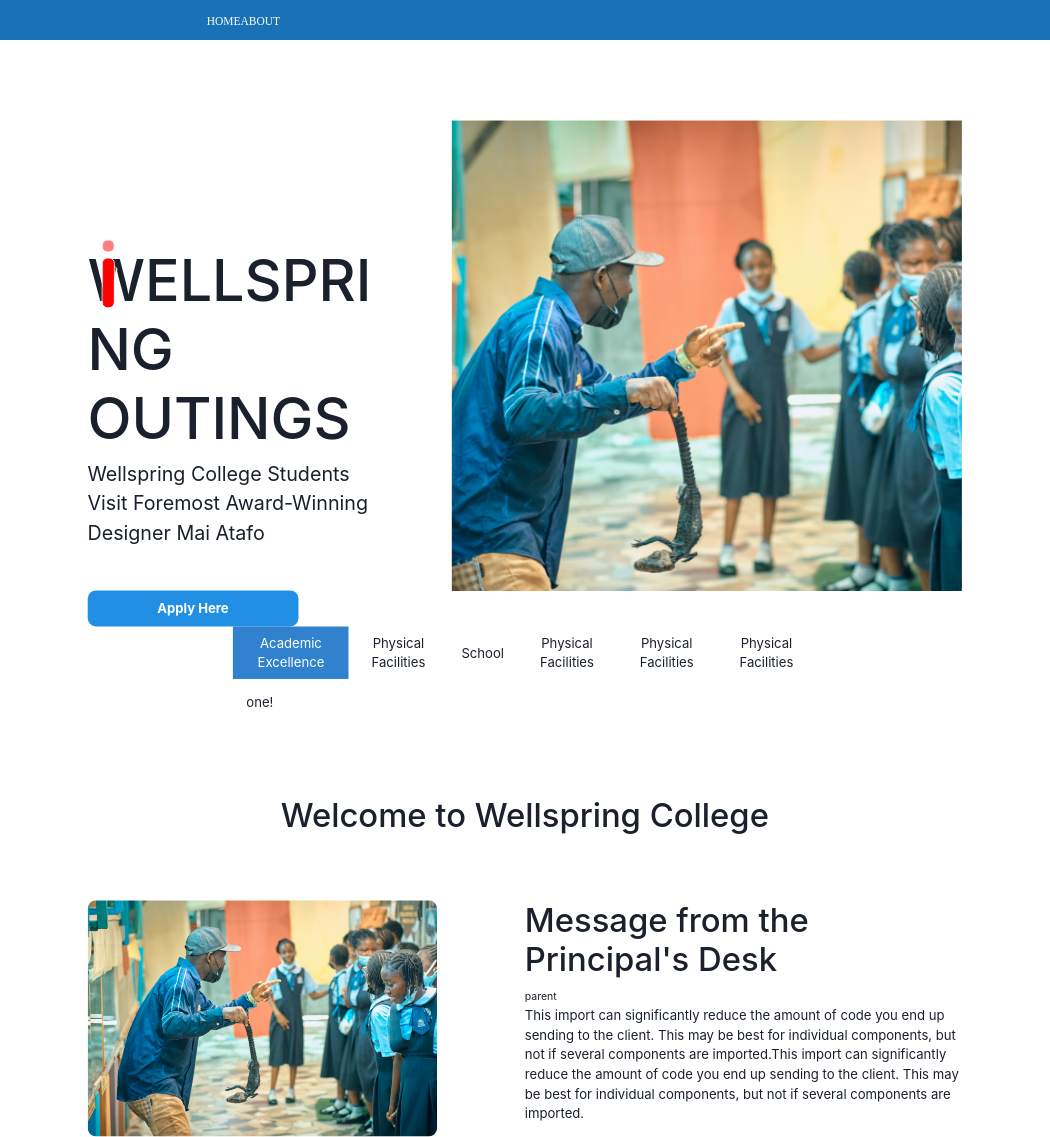
Repository: gr8skills/wellspring-school-forked
Page: /
An editor plug-in stored every save of this project. The page is shown before and after the next save, followed by the edit.
The browser window is 1280 px wide. The pictures show the whole page, at 82% of full size.
The project was rebuilt for these pictures with package versions that can differ from the ones it lists, and the page was loaded fresh each time. Also part of the build but not shown: src/components/Navbar/Dropdown.scss, src/components/Navbar/Dropdown.js, src/components/Calendar/Calendar.js, src/components/News/News.js.

Above is the page before, as saved 2022-12-02 00:30:32.

After the next save:
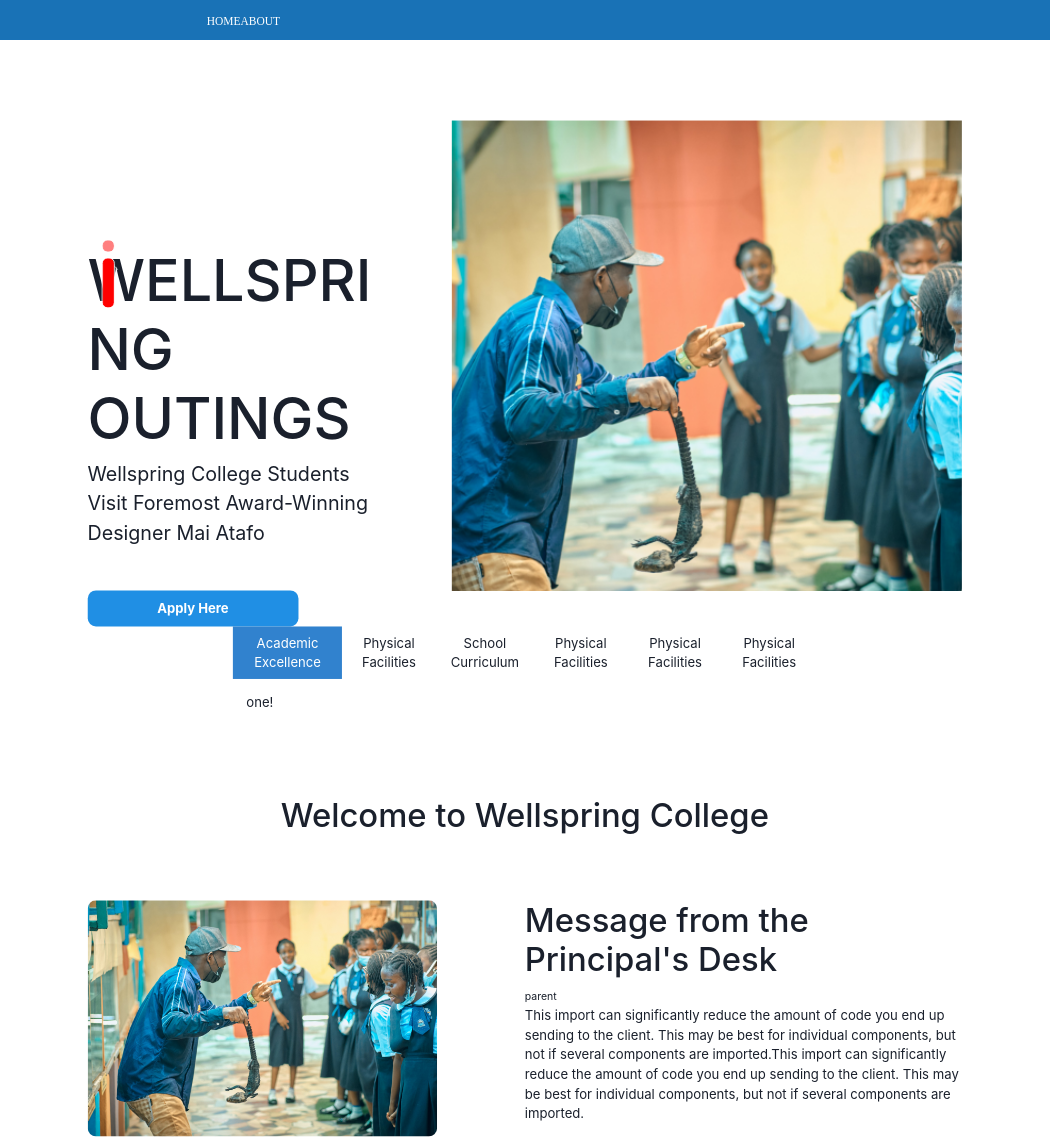
Saved 4 s later.
--- a/src/components/AppTab/AppTab.js
+++ b/src/components/AppTab/AppTab.js
@@ -13,7 +13,7 @@
               <TabList>
                 <Tab _selected={{ color: "white", bg: "blue.500" }}>Academic Excellence</Tab>
                 <Tab _selected={{ color: "white", bg: "green.400" }}>Physical Facilities</Tab>
-                <Tab _selected={{ color: "white", bg: "green.400" }}>School </Tab>
+                <Tab _selected={{ color: "white", bg: "green.400" }}>School Curriculum</Tab>
                 <Tab _selected={{ color: "white", bg: "green.400" }}>Physical Facilities</Tab>
                 <Tab _selected={{ color: "white", bg: "green.400" }}>Physical Facilities</Tab>
                 <Tab _selected={{ color: "white", bg: "green.400" }}>Physical Facilities</Tab>
